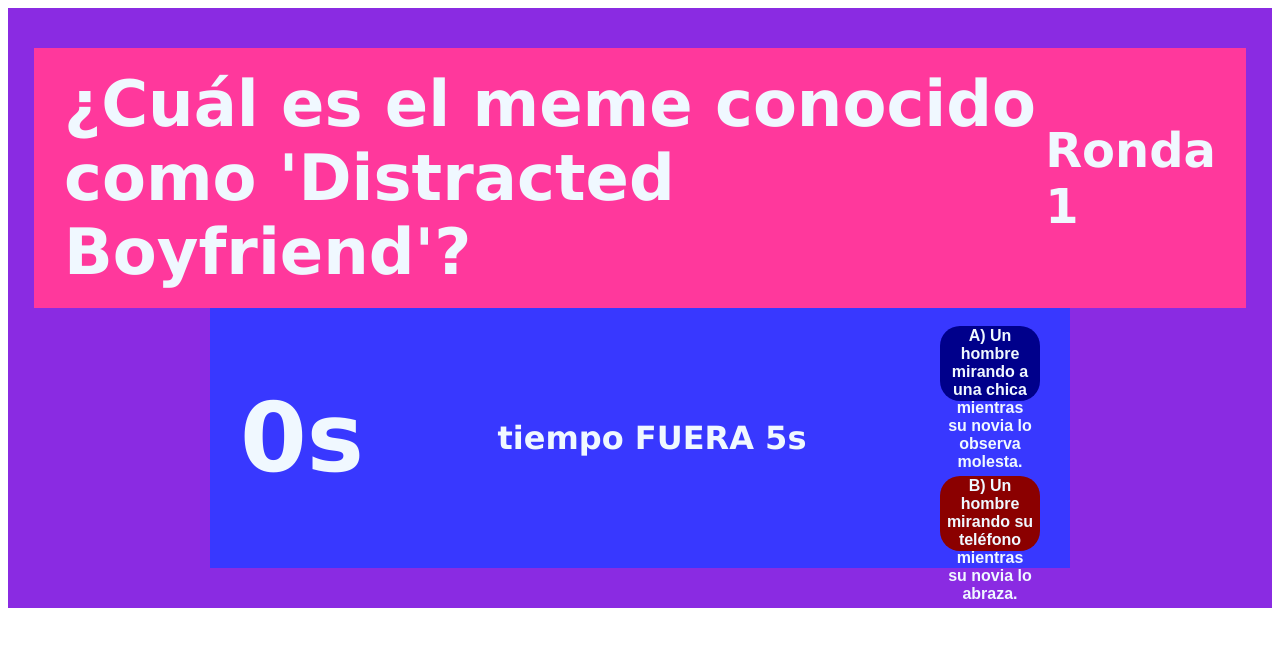
Repository: eschala/Proyecto_Clonaci-n_Kahoot_2023-2
Page: Borrador_Samir_Kahoot_NEW/Prueaba_Validar.html
The author's editor kept a copy of each file at every save. The page is drawn from the files as they stood at one save, then again after the next save.
The browser window is 1280 px wide. The pictures show the whole page.

Above is the page before, as saved 2023-11-29 15:16:46.

After the next save:
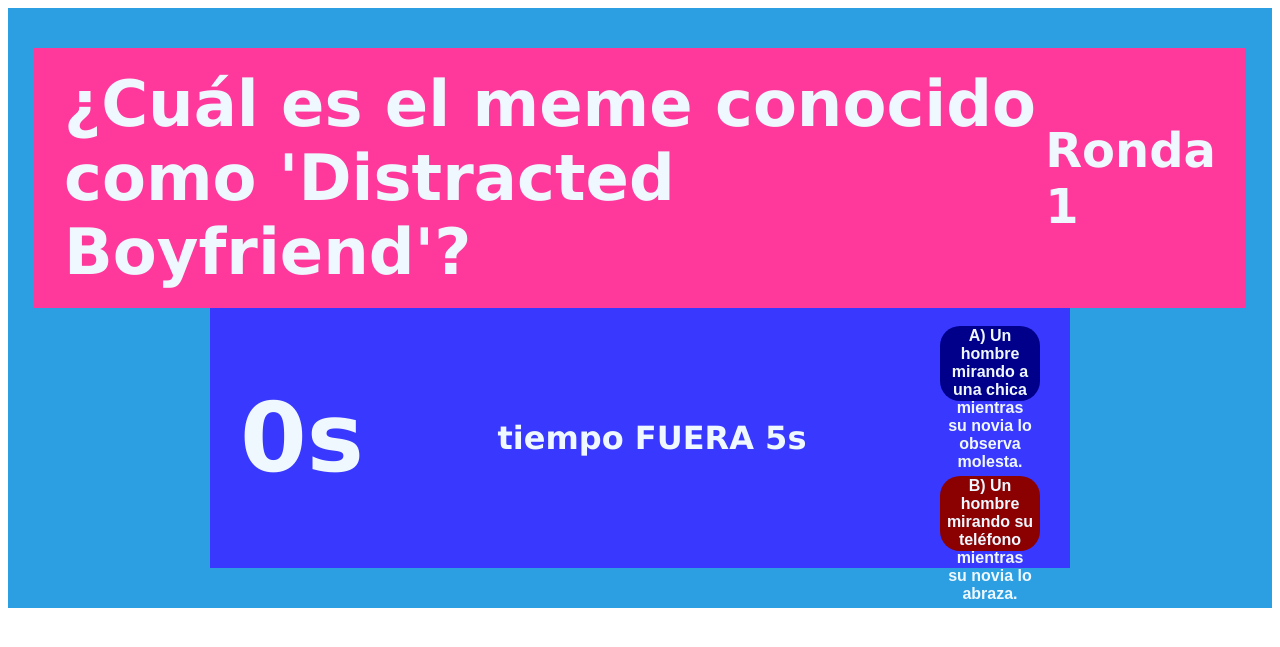
Saved 34 s later.
--- a/Borrador_Samir_Kahoot_NEW/stylePrueba.css
+++ b/Borrador_Samir_Kahoot_NEW/stylePrueba.css
@@ -3,7 +3,7 @@
 
     width: 100%;
     height: 600px;
-    background-color: blueviolet;
+    background-color: rgb(43, 159, 226);
 
     display: flex;
     flex-direction: column;
